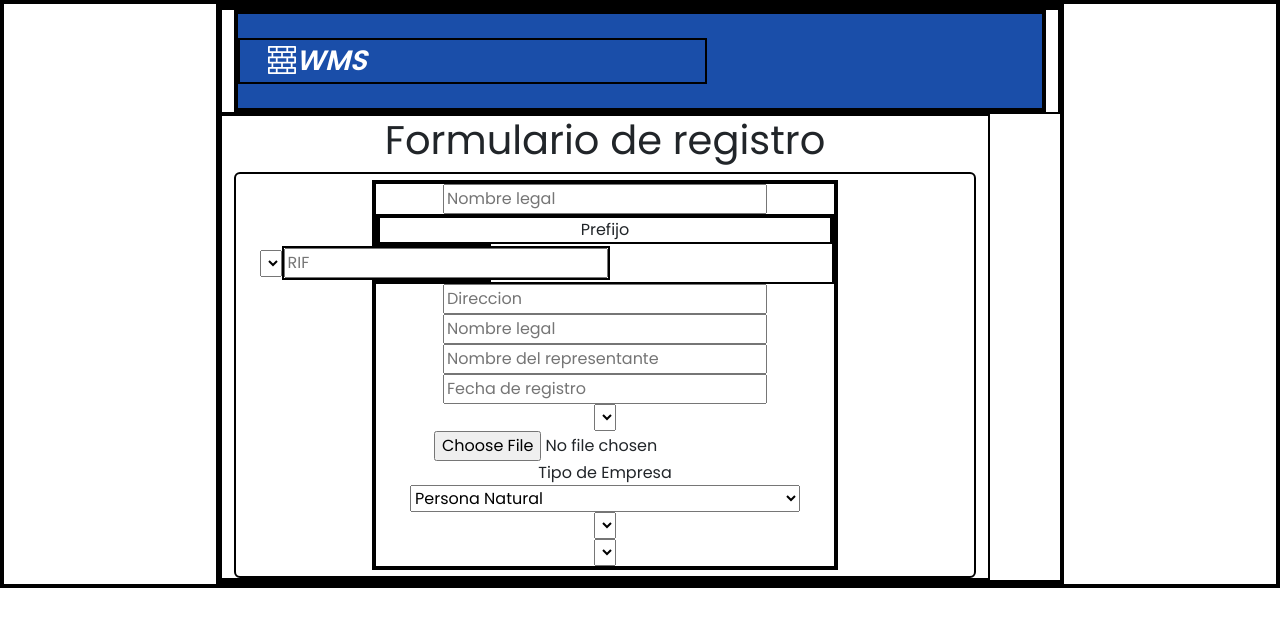
Repository: Rafa-x64/Gestion_inventario_practica
Page: http://localhost/Gestion_inventario/index.php?page=registro-empresa
An editor plug-in stored every save of this project. The page is shown before and after the next save, followed by the edit.
The browser window is 1280 px wide. The pictures show the whole page.
The page is run by PHP 8.4 with error messages shown; the project is at /var/www/html/.

Above is the page before, as saved 2025-07-23 17:02:42.

### index.php
<?php
require_once "config/app.php";
require_once "controller/vistaC.php";

$controlador = new vistaC();
$controlador->cargarVista();

### config/app.php
<?php

const SERVERURL = "http://localhost/Gestion_inventario/";

const NOMBRE_APLICACION = "WMS";

const MONEDA = ["bolivar" => "Bs.", "dolar" => "$", "euro" => "€", "pesos" => "$", "real" => "R$"];

date_default_timezone_set("America/Caracas");

### controller/vistaC.php
<?php
require_once("./model/vistaM.php"); //debe incluir el codigo del modelo

class vistaC extends vistaM //extiende del modelo para usar sus metodos
{

    public function cargarVista() //funcion que carga la vista segun la url que se obtiene como parametro
    {
        if (isset($_GET["page"])) { //page es el parametro especificado en .htaccess
            $vista = self::obtenerVista($_GET["page"]); //se asigna esa url a vista si esta establecido
        } else {
            $vista = "inicio-view.php"; //se muestra el inicio si no esta establecido el parametro en la url
        }

        require("view/plantilla.php"); //se requiere la plantilla para poder mostrar esa vista
    }
}

### model/vistaM.php
<?php

class vistaM
{
    //metodo que obtiene la vista que se le asigna en $pagina
    protected static function obtenerVista($pagina) //recive una variable pagina
    {
        $paginas_existentes = ["404", "inicio-sesion", "inicio", "registro-empresa"]; //lista de paginas del proyecto
        if (!in_array($pagina, $paginas_existentes)) { //si no esta en el array entonces...
            return "404-view.php"; //pagina de 404
            exit();
        }

        return $pagina . "-view.php"; //retorna $pagina-view para ser abierta por el controlador si esa pagina existe en la lista
    }
}

### view/plantilla.php
    <?php

    //aqui se ejecuta la vista y se muestran los includes si la pagina cumple cierta condicion

    if ($vista != "inicio-view.php" && $vista != "404-view.php" && $vista != "inicio-sesion-view.php" && $vista != "registro-empresa-view.php") {
        include("view/includes/links.php");
        require("view/includes/header.html");
        include("php/" . $vista);
        require("view/includes/footer.html");
        include("view/includes/scripts.php");
    }

    include("view/includes/links.php");
    require("php/" . $vista);
    include("view/includes/scripts.php");

    ?>

### view/includes/links.php
<!DOCTYPE html>
<html lang="en">

<head>
    <meta charset="UTF-8">
    <meta name="viewport" content="width=device-width, initial-scale=1.0">
    <title><?php echo NOMBRE_APLICACION; ?></title>
    <link href="https://cdn.jsdelivr.net/npm/bootstrap@5.3.7/dist/css/bootstrap.min.css" rel="stylesheet"
        integrity="sha384-LN+7fdVzj6u52u30Kp6M/trliBMCMKTyK833zpbD+pXdCLuTusPj697FH4R/5mcr" crossorigin="anonymous">
    <link rel="stylesheet" href="https://cdn.jsdelivr.net/npm/bootstrap-icons@1.10.5/font/bootstrap-icons.css">
    <link rel="stylesheet" href="<?php echo SERVERURL ?>view/css/bordes.css">
    <link rel="stylesheet" href="<?php echo SERVERURL ?>view/css/inicio-view.css">
    <link rel="shortcut icon" href="<?php echo SERVERURL ?>view/images/bootstrap-fill.ico" type="image/x-icon">
    <link rel="stylesheet" href="<?php echo SERVERURL ?>view/css/registro-empresa-view.css">
</head>

<body>

### view/php/registro-empresa-view.php
<style>
    [class*="col"],
    [class*="row"],
    [class*="section"] {
        border: 2px solid black;
    }

    [class*="container"] {
        border: 2px solid black;
    }
</style>
<div class="container-fluid">
    <div class="row d-flex flex-column align-items-center justify-content-center">
        <div class="col-8 align-items-center justify-content-center">
            <div class="row">
                <div class="col">
                    <header id="barra-navegacion">
                        <div class="container-fluid pt">
                            <div class="row flex-row py-4">
                                <div class="col-7 d-flex flex-row justify-content-start">
                                    <i class="bi bi-bricks fs-3 ps-3 text-white">WMS</i>
                                </div>
                            </div>
                        </div>
                    </header>
                </div>
                <div class="col-11 d-flex flex-column align-items-center justify-content-center">
                    <h1>Formulario de registro</h1>
                    <form action="" method="post" class="form-control d-flex flex-column align-items-center justify-content-center">
                        <div class="row d-flex flex-row align-items-center justify-content-center">
                            <div class="col-12 d-flex flex-column align-items-center justify-content-center">
                                <input type="text" name="" id="nombre_legal" placeholder="Nombre legal">
                                <div class="row">
                                    <div class="col-12 text-center">
                                        <label for="prefijo">Prefijo</label>
                                    </div>
                                    <div class="col-3 d-flex flex-row align-items-center justify-content-center">
                                        <select name="prefijo" id="prefijo">
                                            <option value="J"></option>
                                            <option value="G"></option>
                                            <option value="P"></option>
                                            <option value="C"></option>
                                        </select>
                                        <div class="col- d-flex flex-row align-items-center justify-content-center">
                                            <input type="text" name="" id="rif" placeholder="RIF">
                                        </div>
                                    </div>
                                </div>
                                <input type="text" name="" id="direccion" placeholder="Direccion">
                                <input type="text" name="" id="nombre_legal" placeholder="Nombre legal">
                                <input:mail id="correo" placeholder="Correo electronico"></input:mail>
                                <input type="text" name="" id="nombre_representante" placeholder="Nombre del representante"><input type="text" name="" id="fecha_registro" placeholder="Fecha de registro">
                                <select name="" id="">
                                    <option value=""></option>
                                    <option value=""></option>
                                </select><input type="file" name="" id="logo"><label for="">Tipo de Empresa</label>
                                <select name="tipo_empresa" id="">
                                    <option value="persona_natural">Persona Natural</option>
                                    <option value="sociedad_anonima">Sociedad Anónima (S.A.)</option>
                                    <option value="sociedad_de_responsabilidad_limitada">Sociedad de Responsabilidad Limitada (S.R.L.)</option>
                                    <option value="sociedad_comanditaria">Sociedad Comanditaria</option>
                                    <option value="sociedad_civil">Sociedad Civil</option>
                                    <option value="cooperativa">Cooperativa</option>
                                    <option value="fundacion">Fundación</option>
                                    <option value="comunidad_de_bienes">Comunidad de Bienes</option>
                                    <option value="empresa_del_estado">Empresa del Estado</option>
                                    <option value="comercial">Comercial</option>
                                    <option value="industrial">Industrial</option>
                                    <option value="servicios">Servicios</option>
                                    <option value="agropecuario">Agropecuario</option>
                                    <option value="tecnologico">Tecnológico</option>
                                    <option value="salud">Salud</option>
                                    <option value="educacion">Educación</option>
                                    <option value="transporte">Transporte</option>
                                    <option value="construccion">Construcción</option>
                                    <option value="turismo">Turismo</option>
                                    <option value="financiero">Financiero</option>
                                    <option value="energia">Energía</option>
                                    <option value="local">Local</option>
                                    <option value="regional">Regional</option>
                                    <option value="nacional">Nacional</option>
                                    <option value="multinacional">Multinacional</option>
                                    <option value="transnacional">Transnacional</option>
                                    <option value="microempresa">Microempresa</option>
                                    <option value="pequena">Pequeña</option>
                                    <option value="mediana">Mediana</option>
                                    <option value="grande">Grande</option>
                                    <option value="privada">Privada</option>
                                    <option value="publica">Pública</option>
                                    <option value="mixta">Mixta</option>
                                    <option value="primario">Primario</option>
                                    <option value="secundario">Secundario</option>
                                    <option value="terciario">Terciario</option>
                                    <option value="cuaternario">Cuaternario</option>
                                    <option value="quinario">Quinario</option>
                                </select>
                                <select name="" id="">Moneda
                                    <option value=""></option>
                                    <option value=""></option>
                                    <option value=""></option>
                                </select><select name="" id="">Zona horaria
                                    <option value=""></option>
                                </select>
                            </div>
                        </div>
                    </form>
                </div>
            </div>
        </div>
    </div>
</div>

<?php
include("./controller/registroEmpresaC.php");
$registro = registroEmpresaC::getFormulario($_POST);
?>

### controller/registroEmpresaC.php
<?php

include_once("./model/mainModel.php");
include_once("./model/empresaM.php");

class registroEmpresaC extends mainModel
{

    public static function getFormulario($formulario) {}

    public static function validar_rif()
    {
        /*Se usa el algoritmo Módulo 11, que toma los primeros 9 caracteres y les aplica una
        fórmula ponderada. El resultado final es el dígito verificador que valida el número
        completo.*/
    }
}

### model/mainModel.php
<?php

include_once("./config/server.php");

class mainModel
{

    protected static function conectar_base_datos()
    {
        try {
            $con = new PDO(SGBD, USUARIO, CONSTRASEÑA);
            $con->exec("SET CARACTER SET utf8");
            return $con;
        } catch (PDOException $e) {
            echo $e->getMessage();
        }
    }

    protected static function consulta_simple($sentenciaSQL)
    {
        $operacion = self::conectar_base_datos()->prepare($sentenciaSQL);
        $operacion->execute();
        return $operacion;
    }
}

### config/server.php
<?php

const SGBD = "mysql:host=localhost;dbname=WMS";

const USUARIO = "root";

const CONSTRASEÑA = "";

const METHOD = "AES-256-CBC";

### model/empresaM.php
<?php

include_once("./model/mainModel.php");

class empresaM extends mainModel
{
    private $id_empresa = ""; //crear una funcion que genere el id de la empresa
    private $nombre_legal = "";
    private $prefijo = "";//letra inicial del rif
    private $rif = ""; //validar que sea un rif valido segun el pais
    private $direccion = "";
    private $contacto = "";
    private $correo = "";
    private $nombre_representante = "";
    private $fecha_registro = ""; //date
    private $estado_condicion = ""; //booleano
    private $logo = ""; //imagen;
    private $tipo_empresa = "";
    private $moneda = ""; //seleccionar las monedas existentes en ./config/server.php
    private $zona_horaria = "";

    public function __construct(
        $nombre_legal,
        $rif,
        $direccion,
        $contacto,
        $correo,
        $nombre_representante,
        $fecha_registro,
        $estado_condicion,
        $logo,
        $tipo_empresa,
        $moneda,
        $zona_horaria
    ) {
        $this->id_empresa = $this->generarIdEmpresa();
        $this->nombre_legal = $nombre_legal;
        $this->rif = $rif;
        $this->direccion = $direccion;
        $this->contacto = $contacto;
        $this->correo = $correo;
        $this->nombre_representante = $nombre_representante;
        $this->fecha_registro = $fecha_registro;
        $this->estado_condicion = $estado_condicion;
        $this->logo = $logo;
        $this->tipo_empresa = $tipo_empresa;
        $this->moneda = $moneda;
        $this->zona_horaria = $zona_horaria;
    }

    private function generarIdEmpresa()
    {
        return uniqid("EMP_");
    }

    public function getIdEmpresa()
    {
        return $this->id_empresa;
    }

    public function getNombreLegal()
    {
        return $this->nombre_legal;
    }

    public function setNombreLegal($nombre_legal)
    {
        $this->nombre_legal = $nombre_legal;
    }

    public function getRif()
    {
        return $this->rif;
    }

    public function setRif($rif)
    {
        $this->rif = $rif;
    }

    public function getDireccion()
    {
        return $this->direccion;
    }

    public function setDireccion($direccion)
    {
        $this->direccion = $direccion;
    }

    public function getContacto()
    {
        return $this->contacto;
    }

    public function setContacto($contacto)
    {
        $this->contacto = $contacto;
    }

    public function getCorreo()
    {
        return $this->correo;
    }

    public function setCorreo($correo)
    {
        $this->correo = $correo;
    }

    public function getNombreRepresentante()
    {
        return $this->nombre_representante;
    }

    public function setNombreRepresentante($nombre_representante)
    {
        $this->nombre_representante = $nombre_representante;
    }

    public function getFechaRegistro()
    {
        return $this->fecha_registro;
    }

    public function setFechaRegistro($fecha_registro)
    {
        $this->fecha_registro = $fecha_registro;
    }

    public function getEstadoCondicion()
    {
        return $this->estado_condicion;
    }

    public function setEstadoCondicion($estado_condicion)
    {
        $this->estado_condicion = $estado_condicion;
    }

    public function getLogo()
    {
        return $this->logo;
    }

    public function setLogo($logo)
    {
        $this->logo = $logo;
    }

    public function getTipoEmpresa()
    {
        return $this->tipo_empresa;
    }

    public function setTipoEmpresa($tipo_empresa)
    {
        $this->tipo_empresa = $tipo_empresa;
    }

    public function getMoneda()
    {
        return $this->moneda;
    }

    public function setMoneda($moneda)
    {
        $this->moneda = $moneda;
    }

    public function getZonaHoraria()
    {
        return $this->zona_horaria;
    }

    public function setZonaHoraria($zona_horaria)
    {
        $this->zona_horaria = $zona_horaria;
    }

    public function __toString()
    {
        return "Empresa: {$this->nombre_legal}, RIF: {$this->rif}, Dirección: {$this->direccion}, Contacto: {$this->contacto}, Correo: {$this->correo}, Representante: {$this->nombre_representante}, Fecha de registro: {$this->fecha_registro}, Estado: {$this->estado_condicion}, Tipo: {$this->tipo_empresa}, Moneda: {$this->moneda}, Zona horaria: {$this->zona_horaria}";
    }
}

### view/includes/scripts.php
</body>

<script src="https://cdn.jsdelivr.net/npm/bootstrap@5.3.7/dist/js/bootstrap.bundle.min.js"
    integrity="sha384-ndDqU0Gzau9qJ1lfW4pNLlhNTkCfHzAVBReH9diLvGRem5+R9g2FzA8ZGN954O5Q"
    crossorigin="anonymous">
</script>

</html>

### view/css/bordes.css
@import url('https://fonts.googleapis.com/css2?family=Poppins:wght@300;400;600&display=swap');

body {
    margin: 0;
    padding: 0;
    font-size: 1rem;
    font-weight: 600;
    font-family: 'Poppins', sans-serif;
}

/*----------comentar para ocultar los bordes visibles--------------*/
[class*="col"],
[class*="row"],
[class*="section"] {
    border: 2px solid black;
}

[class*="container"] {
    border: 2px solid black;
}

### view/css/inicio-view.css
#main {
    background-color: #e5eeff;
}

#barra-navegacion {
    background-color: #1a4ea9;
}

#eslogan {
    color: white;
}

#registro-sesion a {
    text-decoration: none;
    color: white;
    border-radius: 1rem;
}

#registro,
#inicio-sesion {
    border-radius: 1rem;
}



#conocenos h1 {
    color: #1a4ea9;
    font-size: 3.5rem;
    font-weight: bold;
}

#comparativa {
    position: relative;
    background-color: white;
    border-radius: 1rem;
    box-shadow: 0 4px 12px #c5d3e0;
}

.icono-superior {
    position: absolute;
    top: -25px;
    /* sobresale por arriba */
    right: -20px;
    /* sobresale por la izquierda */
    z-index: 9999;
}

#comparativa h1 {
    font-size: 2.5rem;
    font-weight: bold;
}

#comparativa i {
    color: #00923F !important;
}

#comparativa b {
    color: #1a4ea9;
}

Loaded but not shown: view/css/registro-empresa-view.css (no copy from this time; the picture is the same without it)

After the next save:
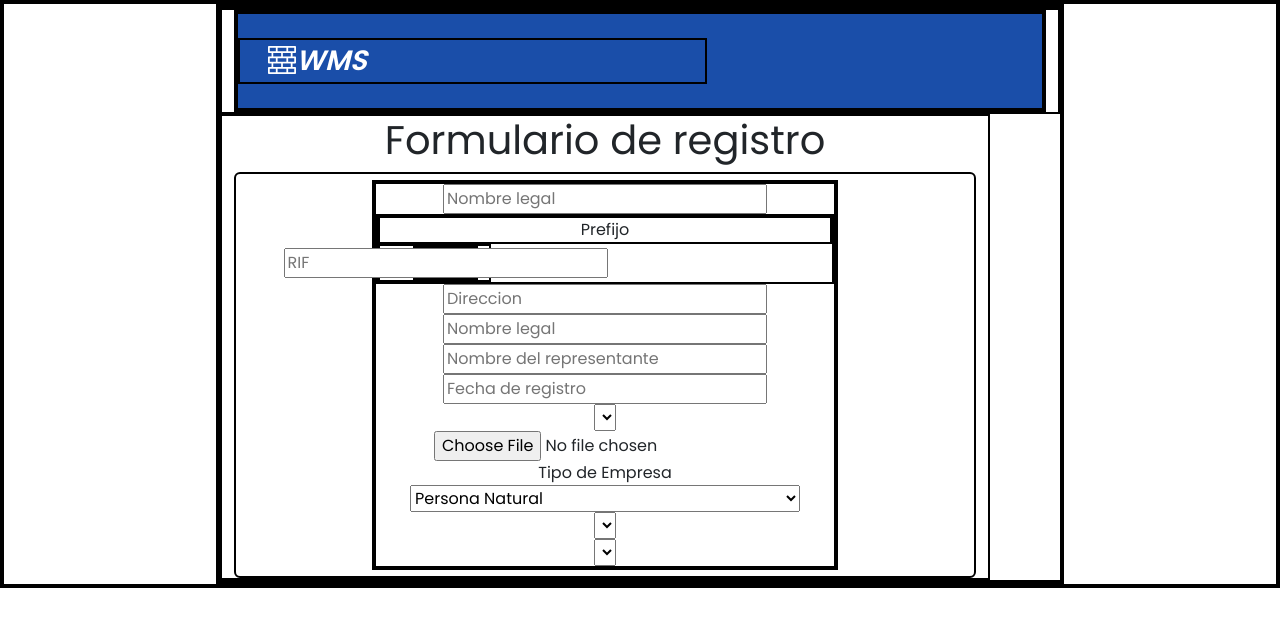
Saved 4 s later.
--- a/view/php/registro-empresa-view.php
+++ b/view/php/registro-empresa-view.php
@@ -41,7 +41,7 @@
                                             <option value="P"></option>
                                             <option value="C"></option>
                                         </select>
-                                        <div class="col- d-flex flex-row align-items-center justify-content-center">
+                                        <div class="col-9 d-flex flex-row align-items-center justify-content-center">
                                             <input type="text" name="" id="rif" placeholder="RIF">
                                         </div>
                                     </div>
